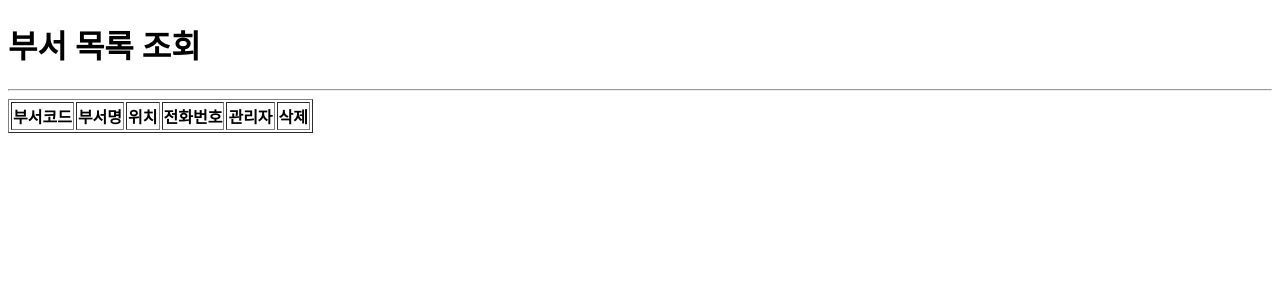
Repository: snowcuphea/webwork
Page: http://localhost/serverweb/member/list.do
An editor plug-in stored every save of this project. The page is shown before and after the next save, followed by the edit.
The browser window is 1280 px wide. The pictures show the whole page.
The page is served by Tomcat 9. Queries for data that is not in the repository find no rows.

Above is the page before, as saved 2020-01-20 05:11:10.

After the next save:
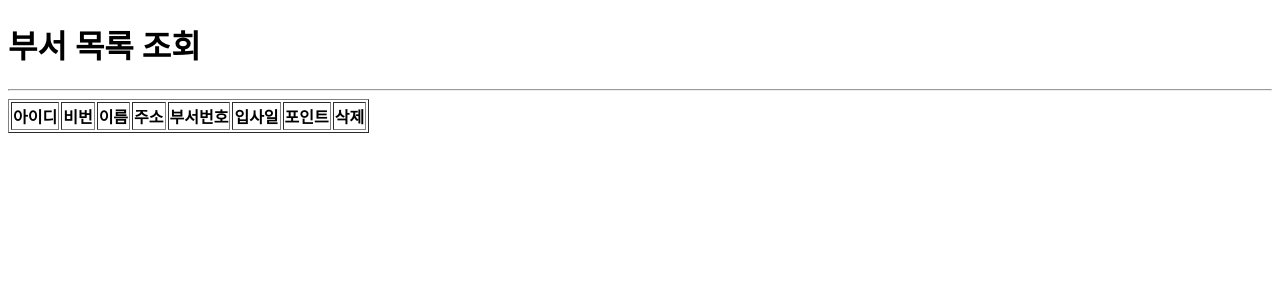
Saved 113 s later.
--- a/serverweb/WebContent/member/member_ListResult.jsp
+++ b/serverweb/WebContent/member/member_ListResult.jsp
@@ -23,7 +23,7 @@
 
 	<table border=1>
 	<tr>
-	<th>부서코드</th><th>부서명</th><th>위치</th><th>전화번호</th><th>관리자</th><th>삭제</th>
+	<th>아이디</th><th>비번</th><th>이름</th><th>주소</th><th>부서번호</th><th>입사일</th><th>포인트</th><th>삭제</th>
 	</tr>
 		<%
 			for (int i = 0; i < size; i++) {
